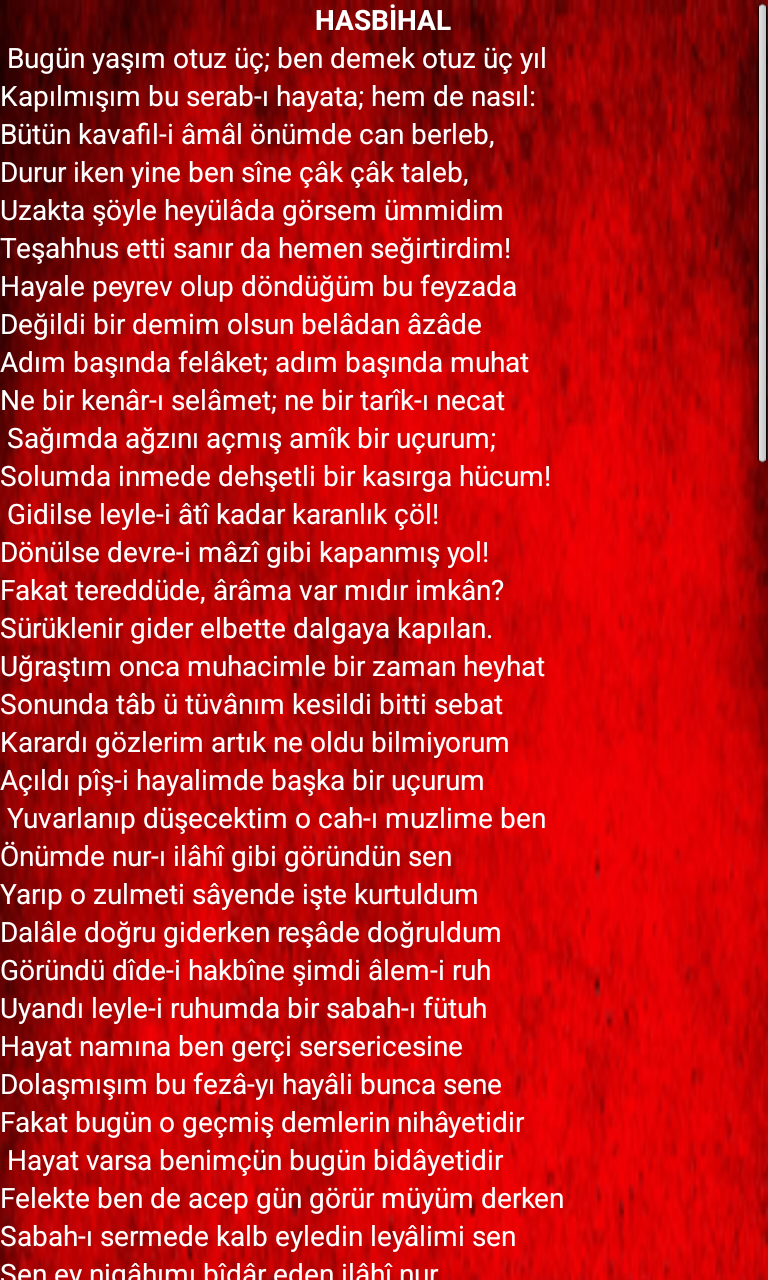
Repository: dokayazilim/Safahat-Android--Uygulamasi
Layout: safahat(android)/Safahat/res/layout/kitap11.xml
The author's editor kept a copy of each file at every save. The layout is drawn from the files as they stood at one save, then again after the next save.
It is drawn on a 768 x 1280 px phone screen (xhdpi) without system bars, with theme android:Theme; the app's code is not run.

Above is the layout before, as saved 2012-09-06 12:42:04.

After the next save:
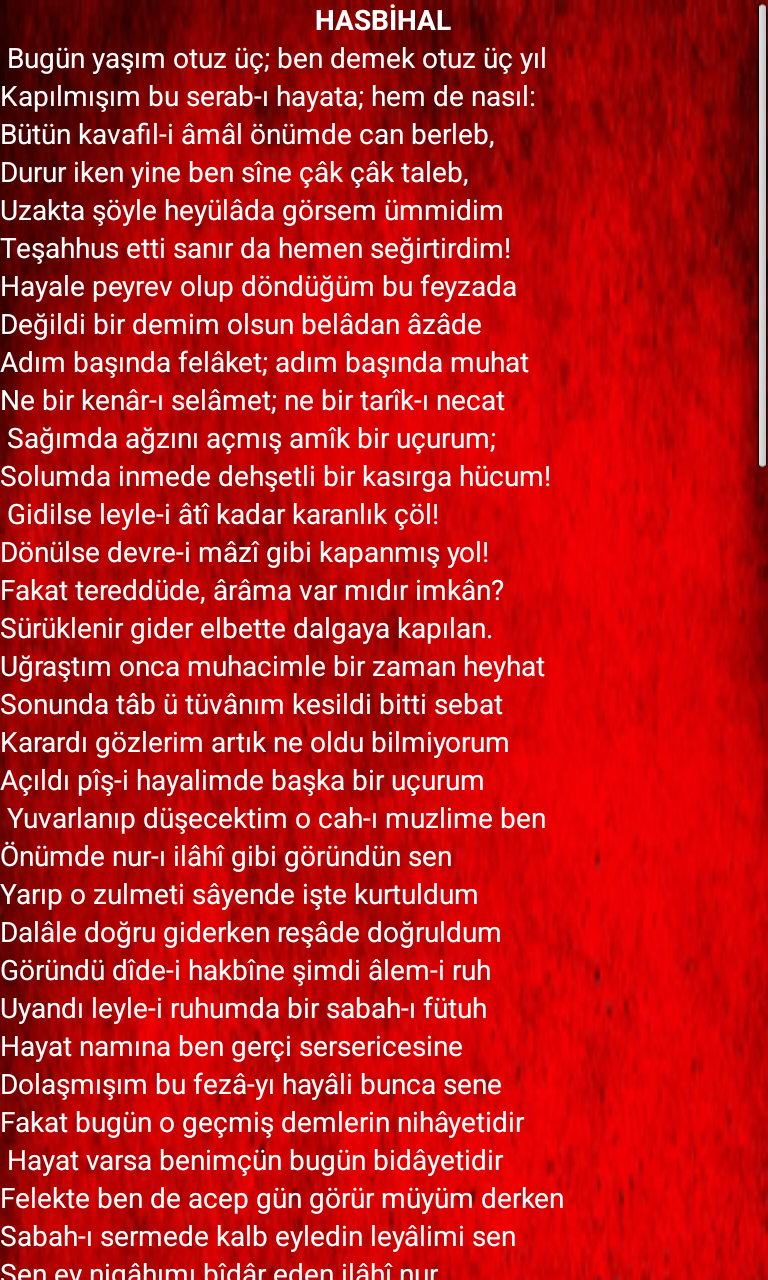
Saved 111 s later.
--- a/safahat(android)/Safahat/res/layout/kitap11.xml
+++ b/safahat(android)/Safahat/res/layout/kitap11.xml
@@ -251,65 +251,62 @@ Muhabbetin ne kadar mucizata mazharmış
         android:id="@+id/textView46"
         android:layout_width="wrap_content"
         android:layout_height="wrap_content"
-        android:text="Geçin: sırayla çadırlar. Önünde her birinin.  " android:textColor="#ffffff" />
+        android:text="Bu kâinatta görmekteyim bütün seni âh   " android:textColor="#ffffff" />
 <TextView
         android:id="@+id/textView47"
         android:layout_width="wrap_content"
         android:layout_height="wrap_content"
-        android:text="Diyor: 'Kuzum, girecek varsa durmasın girsin.'  " android:textColor="#ffffff" />
+        android:text="Biraz da gel edeyim sende kâinâta nigâh   " android:textColor="#ffffff" />
 <TextView
         android:id="@+id/textView48"
         android:layout_width="wrap_content"
         android:layout_height="wrap_content"
-        android:text="Bağırmadan sesi bitmiş ayaklı bir îlân,   " android:textColor="#ffffff" />
+        android:text="Ümidi, ye'si,maişet bela-yı hâilini    " android:textColor="#ffffff" />
 <TextView
         android:id="@+id/textView49"
         android:layout_width="wrap_content"
         android:layout_height="wrap_content"
-        android:text="'Alın gözüm buna derler...' sadâsı her yandan " android:textColor="#ffffff" />
+        android:text="Bu kârzâr cihânın bütün gavailini  " android:textColor="#ffffff" />
 <TextView
         android:id="@+id/textView50"
         android:layout_width="wrap_content"
         android:layout_height="wrap_content"
-        android:text="Alettirikçilerin keyfi pek yolunda hele: " android:textColor="#ffffff" />
+        android:text="Hülasa her ne kadar kayd varsa cümlesini  " android:textColor="#ffffff" />
 <TextView
         android:id="@+id/textView51"
         android:layout_width="wrap_content"
         android:layout_height="wrap_content"
-        android:text="Gelen yapışmada bir mutlaka o saplı tele.  " android:textColor="#ffffff" />
+        android:text="Hayalden silerek yazdım işte sade seni  " android:textColor="#ffffff" />
 <TextView
         android:id="@+id/textView52"
         android:layout_width="wrap_content"
         android:layout_height="wrap_content"
-        android:text="Terazilerden adam eksik olmuyor; birisi " android:textColor="#ffffff" />
+        android:text="Bugün düşünm(üy)orum hiç kendi âtimi " android:textColor="#ffffff" />
 <TextView
         android:id="@+id/textView53"
         android:layout_width="wrap_content"
         android:layout_height="wrap_content"
         android:text="
-İnince binmede artık onun da hemşerisi:
+Düşünmek istemiş olsam da nerde kabil mi?
 " android:textColor="#ffffff" />
 <TextView
         android:id="@+id/textView54"
         android:layout_width="wrap_content"
         android:layout_height="wrap_content"
         android:text="
-'Hak okka çünkü bu kantar... Frenk îcâdı gıram
+Senin fezaları lebriz eden hayalinle
 " android:textColor="#ffffff" />
 <TextView
         android:id="@+id/textView55"
         android:layout_width="wrap_content"
         android:layout_height="wrap_content"
-        android:text="Değil! Diremleri dörtyüz, hesapta şaşmaz adam.'  " android:textColor="#ffffff" />
+        android:text="Sığar mı başka endişe tenknâ-yı dile?   " android:textColor="#ffffff" />
 <TextView
         android:id="@+id/textView56"
         android:layout_width="wrap_content"
         android:layout_height="wrap_content"
-        android:text="- Muhallebim ne de kaymak!
-                     - Şifalıdır macun!
-                     - Simit mi istedin ağa?
-                     - Yokmuş onluğun, dursun.
- " android:textColor="#ffffff" android:layout_gravity="center"/>
+        android:text="Seninle başladı mâdâm bende feyz-i hayat
+ " android:textColor="#ffffff" />
 <TextView
         android:id="@+id/textView57"
         android:layout_width="wrap_content"
